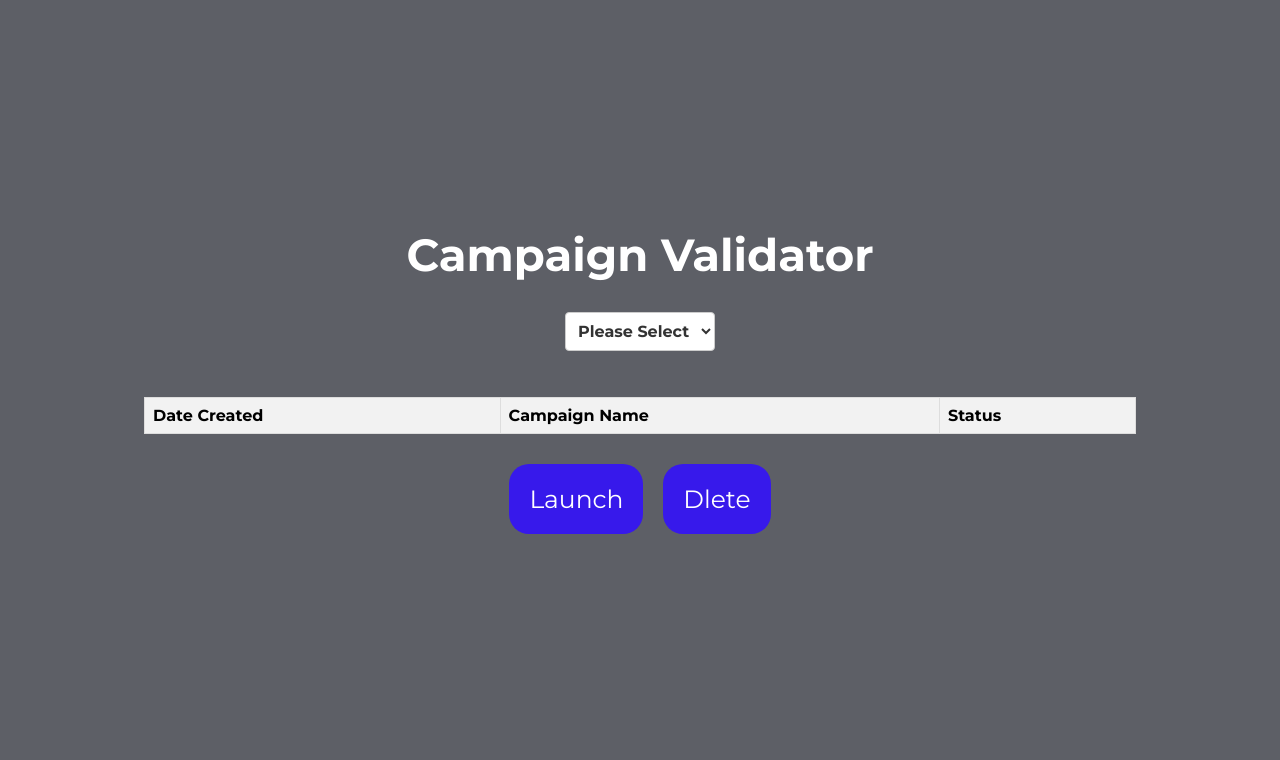
Repository: AbApin/project
Page: / (app in frontend/)
These files come from the project's save history. The page is drawn as it stood at one moment and after the next save; the edit follows.
The browser window is 1280 px wide. The pictures show the whole page.
The page's requests for data from a server got no answer. The project was rebuilt for these pictures with package versions that can differ from the ones it lists, and the page was loaded fresh each time. No one was signed in, and anything a server would have sent is missing. Also part of the build but not shown: frontend/vue.config.js.

Above is the page before, as saved 2023-02-22 11:56:22.

### frontend/public/index.html
<!DOCTYPE html>
<html lang="">
  <head>
    <meta charset="utf-8" />
    <meta http-equiv="X-UA-Compatible" content="IE=edge" />
    <meta name="viewport" content="width=device-width,initial-scale=1.0" />
    <link rel="icon" href="<%= BASE_URL %>favicon.ico" />
    <title><%= htmlWebpackPlugin.options.title %></title>
    <link
      href="https://fonts.googleapis.com/css?family=Montserrat:100,200,300,regular,500,600,700,800,900,100italic,200italic,300italic,italic,500italic,600italic,700italic,800italic,900italic"
      rel="stylesheet"
    />
  </head>
  <body>
    <noscript>
      <strong
        >We're sorry but <%= htmlWebpackPlugin.options.title %> doesn't work properly without
        JavaScript enabled. Please enable it to continue.</strong
      >
    </noscript>
    <div id="app"></div>
    <!-- built files will be auto injected -->
  </body>
</html>

### frontend/src/App.vue
<template>
  <div id="app">
    <h1 class="appTitle">Campaign Validator</h1>
    <CampaignList @selected-campaign="handleCampaignSelected" />
    <table>
      <thead>
        <tr>
          <th>Date Created</th>
          <th>Campaign Name</th>
          <th>Status</th>
        </tr>
      </thead>
      <tbody>
        <tr v-for="test in tests" :key="test.id">
          <td>{{ test.date }}</td>
          <td>{{ test.campaign }}</td>
          <td :class="test.status ? 'status-passed' : 'status-failed'">
            {{ test.status ? 'Passed' : 'Failed' }}
          </td>
        </tr>
      </tbody>
    </table>
    <div class="btnsContainer">
      <button class="launchBtn" @click="createTest">launch</button>
      <button class="deleteBtn" @click="createTest">dlete</button>
    </div>
  </div>
</template>

<script>
import axios from 'axios';
import CampaignList from './components/CampaignList.vue';

export default {
  components: { CampaignList },
  name: 'App',
  data() {
    return {
      selectedCampaign: '',
      tests: [],
    };
  },
  async mounted() {
    await axios
      .get('/api/tests')
      .then((response) => {
        this.tests = response.data;
      })
      .catch((error) => {
        console.log(error);
      });
  },
  methods: {
    async createTest() {
      await axios
        .post(`/api/tests/${this.selectedCampaign.name}`)
        .then((response) => {
          this.tests = response.data;
        })
        .catch((error) => {
          console.log(error);
        });
    },
    handleCampaignSelected(campaign) {
      this.selectedCampaign = campaign;
    },
  },
};
</script>

<style>
* {
  margin: 0;
  padding: 0;
  box-sizing: 0;
  font-family: 'Montserrat', sans-serif;
}
#app {
  background: #5d5f66;
  display: flex;
  align-items: center;
  justify-content: center;
  flex-direction: column;
  gap: 30px;
  padding: 20px;
  height: 100vh;
}
.appTitle {
  font-size: 45px;
  color: #fff;
}
.btnsContainer{
  display: flex;
  gap: 20px;
  align-items: center;
}
.launchBtn,
.deleteBtn {
  font-size: 25px;
  text-transform: capitalize;
  padding: 20px;
  border-radius: 20px;
  border: 0;
  background: rgba(55, 25, 235, 1);
  color: #fff;
  cursor: pointer;
  transition: all 0.3s ease-in;
}
.launchBtn:hover {
  box-shadow: 0 0 10px rgba(55, 25, 235, 1);
}
select.campaignsList {
  font-size: 16px;
  font-weight: bold;
  color: #333;
  padding: 8px;
  margin-bottom: 16px;
  border: 1px solid #ccc;
  border-radius: 4px;
  background-color: #fff;
  cursor: pointer;
  transition: all 0.3s;
}

select.campaignsList:hover {
  border-color: #999;
}

select.campaignsList:focus {
  outline: none;
  border-color: #4d90fe;
  box-shadow: 0 0 0 2px rgba(77, 144, 254, 0.2);
}

.campaignOption {
  font-size: 14px;
  font-weight: normal;
}

.campaignOption:hover {
  background-color: #f2f2f2;
}

/* table */
table {
  border-collapse: collapse;
  width: 80%;
}
thead th {
  background-color: #f2f2f2;
  border: 1px solid #ddd;
  padding: 8px;
  text-align: left;
}
tbody td {
  border: 1px solid #ddd;
  padding: 8px;
}
tbody tr {
  background-color: #ddd;
}
tbody tr:hover {
  background-color: #fff;
}
.status-passed {
  color: green;
}
.status-failed {
  color: red;
}
</style>

### frontend/src/components/CampaignList.vue
<template>
  <select class="campaignsList" v-model="selectedCampaign" @input="emitSelectedCampaign">
    <option class="campaignOption" disabled value="">Please Select</option>
    <option
      class="campaignOption"
      :value="campaign"
      v-for="campaign in campaigns"
      :key="campaign.id"
    >
      {{ campaign.name }}
    </option>
  </select>
</template>

<script>
import axios from 'axios';

export default {
  name: 'CampaignList',
  data() {
    return {
      selectedCampaign: '',
      campaigns: [],
    };
  },
  async mounted() {
    await axios
      .get('/api/campaigns')
      .then((response) => {
        this.campaigns = response.data.campaigns;
      })
      .catch((error) => {
        console.log(error);
      });
  },
  methods: {
    emitSelectedCampaign() {
      this.$emit('selected-campaign', this.selectedCampaign);
    },
  },
  emits: ['selected-campaign'],
};
</script>

<style></style>

Loaded but not shown: frontend/src/main.js (common file)

After the next save:
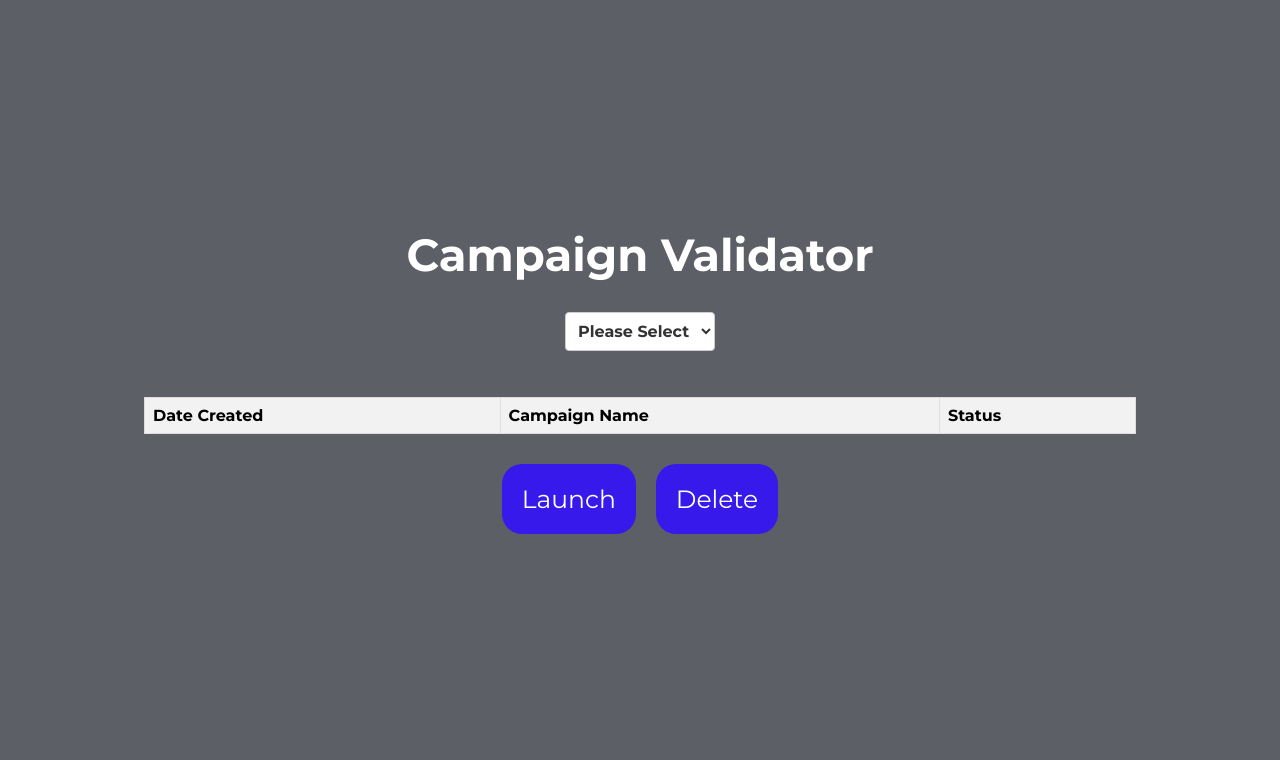
Saved 5 s later.
--- a/frontend/src/App.vue
+++ b/frontend/src/App.vue
@@ -22,7 +22,7 @@
     </table>
     <div class="btnsContainer">
       <button class="launchBtn" @click="createTest">launch</button>
-      <button class="deleteBtn" @click="createTest">dlete</button>
+      <button class="deleteBtn" @click="createTest">delete </button>
     </div>
   </div>
 </template>
